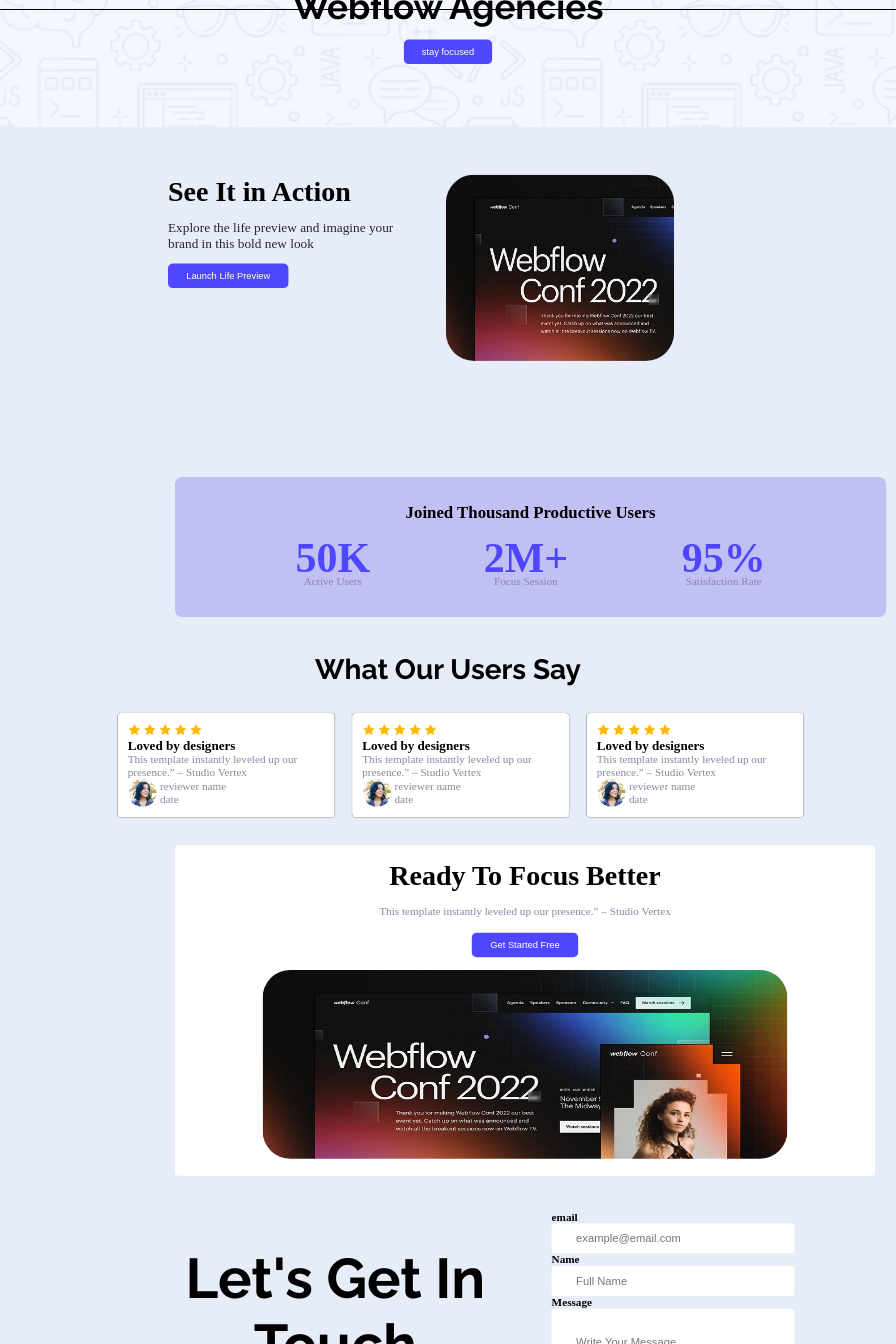
Repository: dollyrakhe22/landing-launchpad
Page: pra.html
An editor plug-in stored every save of this project. The page is shown before and after the next save, followed by the edit.
The browser window is 1280 px wide. The pictures show the part of the page from y = 351 to 2271 px (the page is 2744 px tall before and 2876 px after), at 70% of full size.

Above is the page before, as saved 2025-07-11 17:59:40.

After the next save:
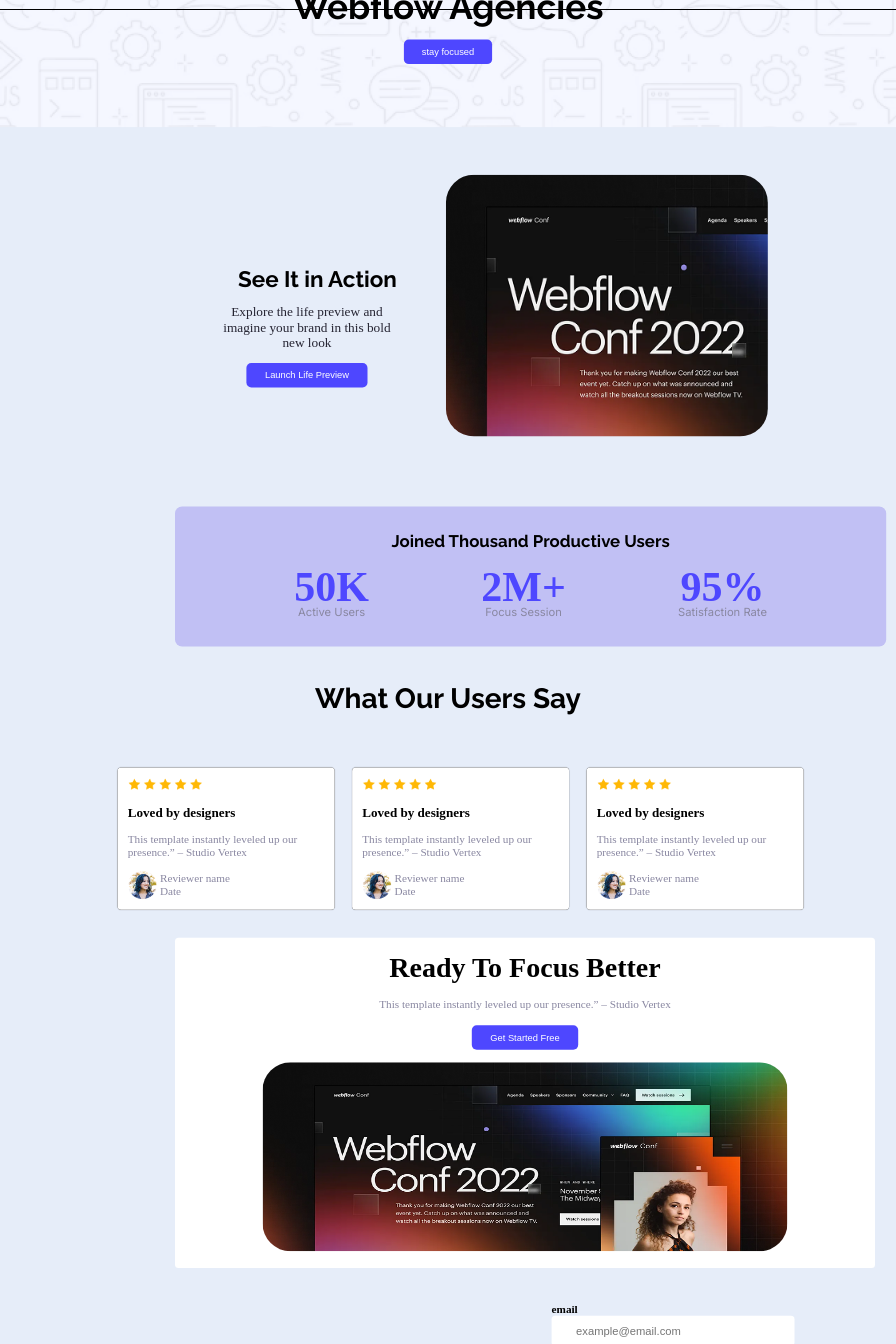
Saved 1 s later.
--- a/pra.html
+++ b/pra.html
@@ -15,7 +15,7 @@
 
         <nav>
          <h2 class="inter-normal">LOGO</h2>
-            <a href="#"><button>sign up</button></a>
+            <a href="#"><button class="btn">sign up</button></a>
         </nav>
         <div class="banner-section">
              <h1 class="raleway-normal" >Cool Dark UI Template for <br>Webflow Agencies</h1><br>
@@ -25,31 +25,33 @@
     <main>
            <!--action-container--->
            <div class="section-1">
-            <div >
-                <h3 class="action-title">See It in Action</h3><br>
-                <p class="action-des" >Explore the life preview and imagine your<br>brand in this bold new look</p><br>
-                 <a href=""><button class="button-container">Launch Life Preview</button></a>
+            <div class="action-text">
+                <div>
+                <h1 class="raleway-normal">See It in Action</h1><br>
+                <p class="" >Explore the life preview and imagine your brand in this bold new look</p><br>
+                 <button class="button-container">Launch Life Preview</button>
+                 </div>
                  </div>
                 <div>
-                     <img src="Assets/wc-mini.png" weight="90%"height="80%"
+                     <img src="Assets/wc-mini.png" weight="90%"height="100%"
                      alt="" srcset="">
                 </div>
             </div>
            <!--Users-Section-->
            <section class="users-container">
-            <h1>Joined Thousand Productive Users</h1>
+            <h1 class="raleway-normal">Joined Thousand Productive Users</h1>
             <div class="contain">
                  <div>
                 <h1>50K</h1>
-                <p>Active Users</p>
+                <p class="inter-normal">Active Users</p>
             </div>
             <div>
                 <h1>2M+</h1>
-                <p>Focus Session</p>
+                <p class="inter-normal">Focus Session</p>
             </div>
             <div>
                 <h1>95%</h1>
-                <p>Satisfaction Rate</p>
+                <p class="inter-normal">Satisfaction Rate</p>
             </div>
             </div>
 
@@ -57,7 +59,7 @@
            </section>
             <!--Review-Card-->
             <section class="review-card">
-                <h1 class="raleway-normal">What Our Users Say</h1>
+                <h1 class="raleway-normal">What Our Users Say</h1><br><br>
                 <div class="review-box">
 
 
@@ -69,13 +71,14 @@
                    <img src="Assets/icon-star.png" alt="" srcset="">
                    <img src="Assets/icon-star.png" alt="" srcset="">
                 </div>
-                <h3>Loved by designers</h3>
-                <p>This template instantly leveled up our<br> presence.” – Studio Vertex</p>
+                <br>
+                <h3>Loved by designers</h3><br>
+                <p>This template instantly leveled up our<br> presence.” – Studio Vertex</p><br>
                 <div class="avater">
                 <div class="user-details">
                     <img src="Assets/avatar.png" alt="" srcset="">
 
-                <p>reviewer name<br>date</p>
+                <p>Reviewer name<br>Date</p>
 
                 </div>
                 </div>
@@ -90,13 +93,14 @@
                    <img src="Assets/icon-star.png" alt="" srcset="">
                    <img src="Assets/icon-star.png" alt="" srcset="">
                 </div>
-                <h3>Loved by designers</h3>
-                <p>This template instantly leveled up our<br> presence.” – Studio Vertex</p>
+                <br>
+                <h3>Loved by designers</h3><br>
+                <p>This template instantly leveled up our<br> presence.” – Studio Vertex</p><br>
                 <div class="avater">
                 <div class="user-details">
                     <img src="Assets/avatar.png" alt="" srcset="">
 
-                <p>reviewer name<br>date</p>
+                <p>Reviewer name<br>Date</p>
 
                 </div>
                 </div>
@@ -111,14 +115,14 @@
                    <img src="Assets/icon-star.png" alt="" srcset="">
                    <img src="Assets/icon-star.png" alt="" srcset="">
                    <img src="Assets/icon-star.png" alt="" srcset="">
-                </div>
-                <h3>Loved by designers</h3>
-                <p>This template instantly leveled up our<br> presence.” – Studio Vertex</p>
+                </div><br>
+                <h3>Loved by designers</h3><br>
+                <p>This template instantly leveled up our<br> presence.” – Studio Vertex</p><br>
                 <div class="avater">
                 <div class="user-details">
                     <img src="Assets/avatar.png" alt="" srcset="">
 
-                <p>reviewer name<br>date</p>
+                <p>Reviewer name<br>Date</p>
 
                 </div>
                 </div>
@@ -150,12 +154,13 @@
   <div class="wrapper">
     <div class="input-data">
         <h4>email</h4>
-        <input type="email" placeholder="example@email.com"><br>
+        <input type="email" placeholder="example@email.com"><br><br>
        <h4>Name</h4>
-       <input type="name" placeholder="Full Name"><br>
+       <input type="name" placeholder="Full Name"><br><br>
           <h4>Message</h4>
         <input type="text" placeholder="Write Your Message..." class="input-message"><br><br>
-          <input type="button" value="Get in Touched" class="input-button">
+         <input type="button" value="Get in Touched" class="input-button">
+
 
     </div>
 
@@ -164,11 +169,12 @@
  </div>
 </section>
     </main>
+<!--Footer-Section-->
     <footer>
 <div class="footer-header">
 
            <div>
-            <img src="Assets/LOGO.png" alt="" srcset="">
+            <img src="Assets/LOGO.png" alt="" srcset="" width="170px">
            </div><br>
 
             <p>Ready to elevate your online presence? Contact us today to discuss<br>
@@ -176,10 +182,10 @@
 
               <div class="footer-list-container">
                  <ul class="list">
-                  <li><a href="">Home</a></li>
-                  <li><a href="">About</a></li>
-                  <li><a href="">How its Work</a></li>
-                  <li><a href="">Services</a></li>
+                  <li><a href="https://github.com/dollyrakhe22/landing-launchpad">Home</a></li>
+                  <li><a href="https://github.com/dollyrakhe22/landing-launchpad">About</a></li>
+                  <li><a href="https://github.com/dollyrakhe22/landing-launchpad">How its Work</a></li>
+                  <li><a href="https://github.com/dollyrakhe22/landing-launchpad">Services</a></li>
 
 
 
